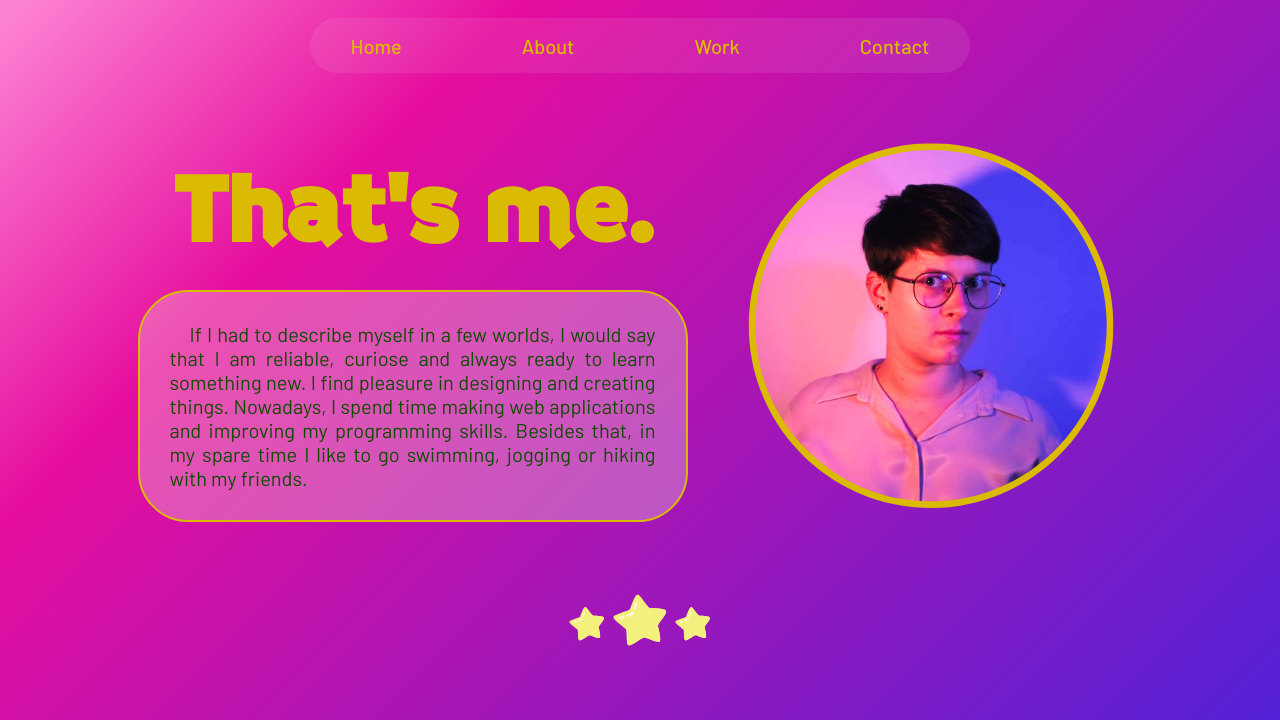
Repository: JJonka/portfolio_site
Page: /about
These files come from the project's save history. The page is drawn as it stood at one moment and after the next save; the edit follows.
The browser window is 1280 px wide. The pictures show the whole page.
The project was rebuilt for these pictures with package versions that can differ from the ones it lists, and the page was loaded fresh each time. Also part of the build but not shown: vite.config.ts, src/pages/HomePage.tsx, src/components/LogoIcon.module.scss, src/components/LogoIcon.tsx, src/pages/Contact.tsx, src/pages/Work.module.scss, src/pages/Work.tsx.

Above is the page before, as saved 2023-10-08 15:55:20.

After the next save:
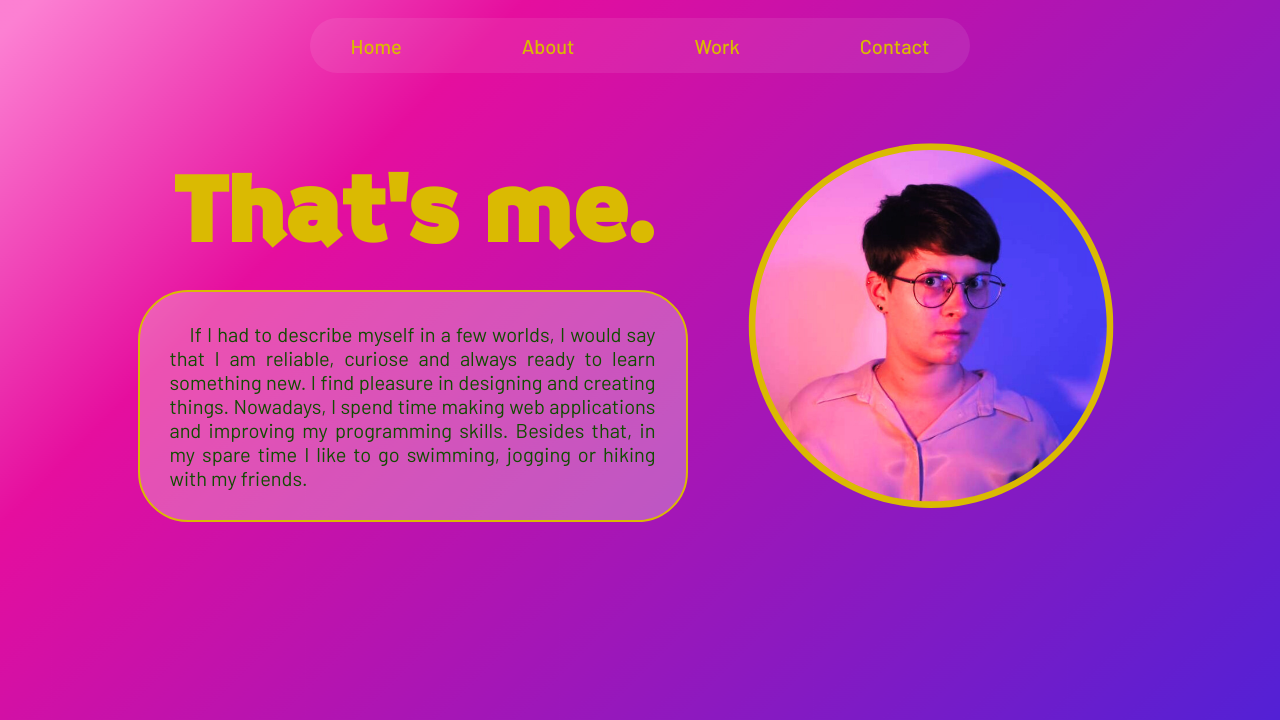
Saved 24 s later.
--- a/src/components/EndOfSection.tsx
+++ b/src/components/EndOfSection.tsx
@@ -2,7 +2,7 @@ import styles from "./EndOfSection.module.scss"
 
 const EndOfSection = () => {
     return (
-        <img src="/src/assets/end_of_section.svg" className={styles.endOfSection}></img>
+        <img src="" className={styles.endOfSection}></img>
     )
 }
 
